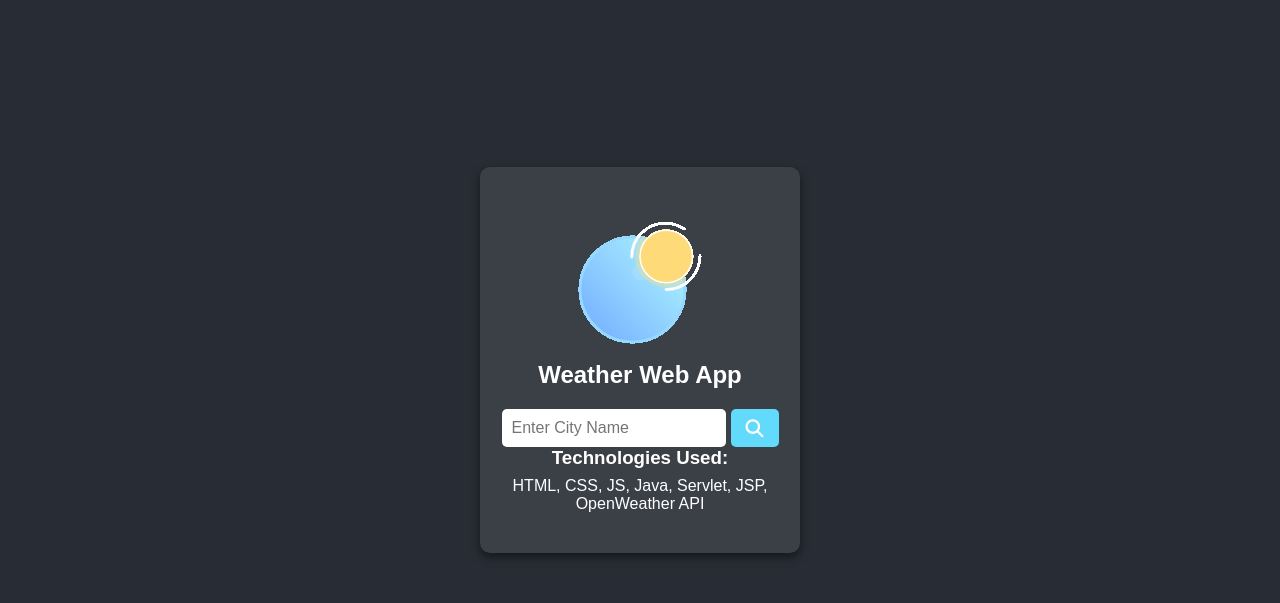
Repository: MinhajulMukthar/Weather-WebApp
Page: http://localhost/Weather_App/
An editor plug-in stored every save of this project. The page is shown before and after the next save, followed by the edit.
The browser window is 1280 px wide. The pictures show the whole page.
The page is served by Tomcat 10. Other server files are loaded and not shown.

Above is the page before, as saved 2024-09-26 03:13:19.

### Weather App/src/main/webapp/index.html
<!DOCTYPE html>
<html>
<head>
<meta charset="UTF-8">
<meta http-equiv="X-UA-Compatible" content="IE=edge">
<meta name="viewport" content="width=device-width, initial-scale=1.0">
<title>Weather App</title>
<link rel="icon" href="images/rain.png" type="image/png">
<link rel="stylesheet"
	href="https://cdnjs.cloudflare.com/ajax/libs/font-awesome/6.4.0/css/all.min.css" />
<link rel="stylesheet" href="style.css" />

</head>
<body>
	<div class="container">
		<img src="images/Animation.gif">
		<h2>Weather Web App</h2>
		<form action="ServletWeb" method="post" class="searchInput">
			<input type="text" placeholder="Enter City Name" id="searchInput"
				 name="city" />
			<button id="searchButton">
				<i class="fa-solid fa-magnifying-glass"></i>
			</button>
		</form>
		<h3>Technologies Used:</h3>
		<p>HTML, CSS, JS, Java, Servlet, JSP, OpenWeather API</p>
	</div>
</body>
</html>

### Weather App/src/main/webapp/style.css
* {
	margin: 0;
	padding: 0;
	box-sizing: border-box;
	font-family: "Ubuntu", sans-serif;
}

body {
	background-color: #282c34; /* Dark background color */
	color: white;
	display: flex;
	justify-content: center;
	align-items: center;
	height: 100vh;
}

.container {
	width: 25%; /* 1/4 of the screen width */
	text-align: center;
	background-color: #3b3f46; /* Slightly lighter background */
	padding: 40px 20px;
	border-radius: 10px;
	box-shadow: 0 4px 10px rgba(0, 0, 0, 0.5);
}

.searchInput {
	display: flex;
	justify-content: center;
	align-items: center;
	margin-top: 20px;
}

#searchInput {
	width: 80%;
	padding: 10px;
	font-size: 16px;
	border-radius: 5px;
	border: none;
	outline: none;
	margin-right: 10px;
}

#searchButton:hover {
	background-color: #21a1f1;
}

.container h3 {
	margin-bottom: 8px;
}

.mainContainer {
	width: 40%;
	padding: 20px;
	background-color: #3b3f46; /* Slightly lighter background */
	border-radius: 10px;
	box-shadow: 0 4px 10px rgba(0, 0, 0, 0.5);
	text-align: center;
}

.searchInput {
	display: flex;
	justify-content: center;
	align-items: center;
}

#searchInput {
	width: 80%;
	padding: 10px;
	font-size: 16px;
	border-radius: 5px; /* Rounded on left side */
	border: none;
	outline: none;
	margin-right: 5px; /* Remove gap between input and button */
}

#searchButton {
	padding: 10px 15px;
	background-color: #61dafb; /* Button color */
	border: none;
	border-radius: 5px;
	cursor: pointer;
	font-size: 16px;
	transition: background-color 0.3s;
	display: flex;
	justify-content: center;
	align-items: center;
}

#searchButton:hover {
	background-color: #21a1f1; /* Darker color on hover */
}

.fa-magnifying-glass {
	color: white;
	font-size: 18px; /* Adjust icon size */
}

/* .searchInput input {
  width: 100%;
  height: 2rem;
  outline: none;
  font-size: 1rem;
  color: #525050;
  padding: 0.2rem 0.5rem;
  border-radius: 1.5rem;
  border: 1px solid #b3b3b3;
}

.searchInput input:focus {
  border: 1px solid #9c9dde;
}

.searchInput button {
  width: 2.2rem;
  height: 2rem;
  cursor: pointer;
  color: #9b9b9b;
  border-radius: 50%;
  margin-left: 0.4rem;
  transition: all 0.3s ease;
  background-color: #fff;
  border: 1px solid #b3b3b3;
}

.searchInput button:hover {
  color: #fff;
  background-color: #9c9dde;
  border: 1px solid #9c9dde;
} */
.weatherIcon {
	display: flex;
	padding-top: 0.5rem;
	padding-bottom: 0.5rem;
	justify-content: center;
}

.weatherIcon img {
	max-width: 100%;
	width: 8rem;
}

.weatherDetails .temp {
	font-size: 2rem;
}

.cityDetails {
	color: #323232;
	font-size: 2.5rem;
	text-align: center;
	margin-bottom: 0.5rem;
}

.cityDetails .date {
	color: #323232;
	font-size: 1.5rem;
	text-align: center;
	margin-bottom: 0.5rem;
}

.windDetails {
	display: flex;
	margin-top: 1rem;
	margin-bottom: 1.5rem;
	justify-content: space-around;
}

.windDetails .humidityBox {
	display: flex;
	font-size: 1rem;
	color: #323232;
}

.windDetails .humidity .humidityValue {
	text-align: center;
	font-size: 2rem;
	color: #323232;
}

.windDetails .humidityBox img {
	max-height: 3rem;
	margin-right: 0.5rem;
}

.windDetails .windSpeed {
	display: flex;
	font-size: 1rem;
	color: #323232;
}

.windDetails .windSpeed img {
	max-height: 3rem;
	margin-right: 0.5rem;
}

image-logo {
	height: auto;
	width: auto;
	filter: drop-shadow(20px 10px 10px black);
}

After the next save:
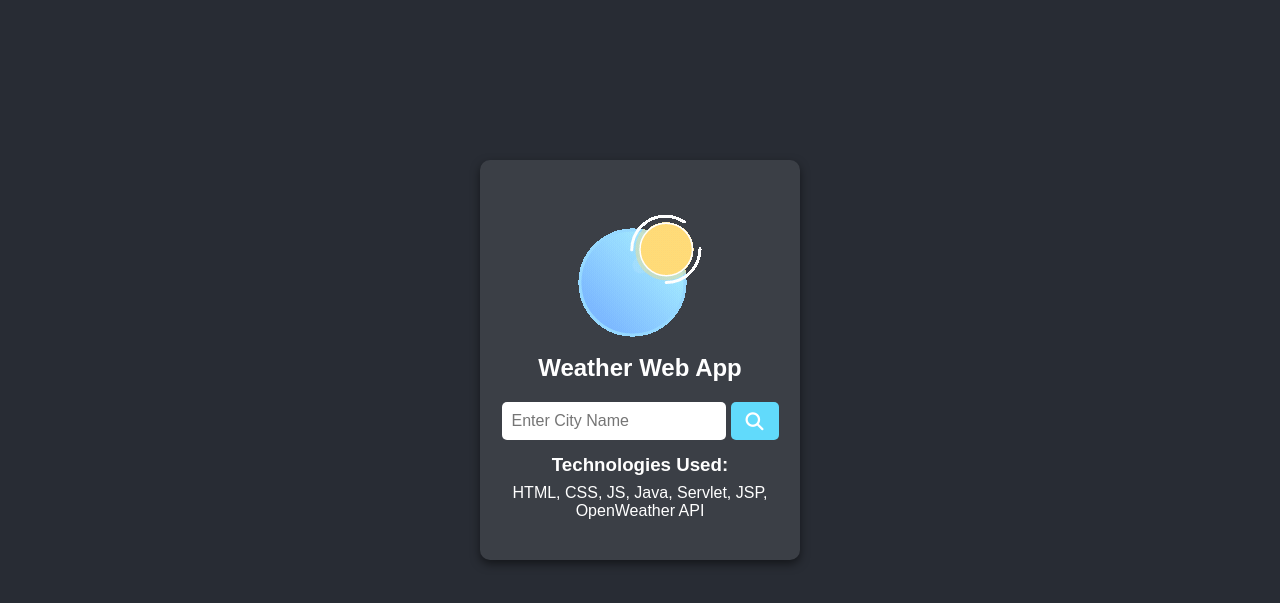
Saved 22 s later.
--- a/Weather App/src/main/webapp/style.css
+++ b/Weather App/src/main/webapp/style.css
@@ -45,6 +45,7 @@
 }
 
 .container h3 {
+	margin-top:14px;
 	margin-bottom: 8px;
 }
 
